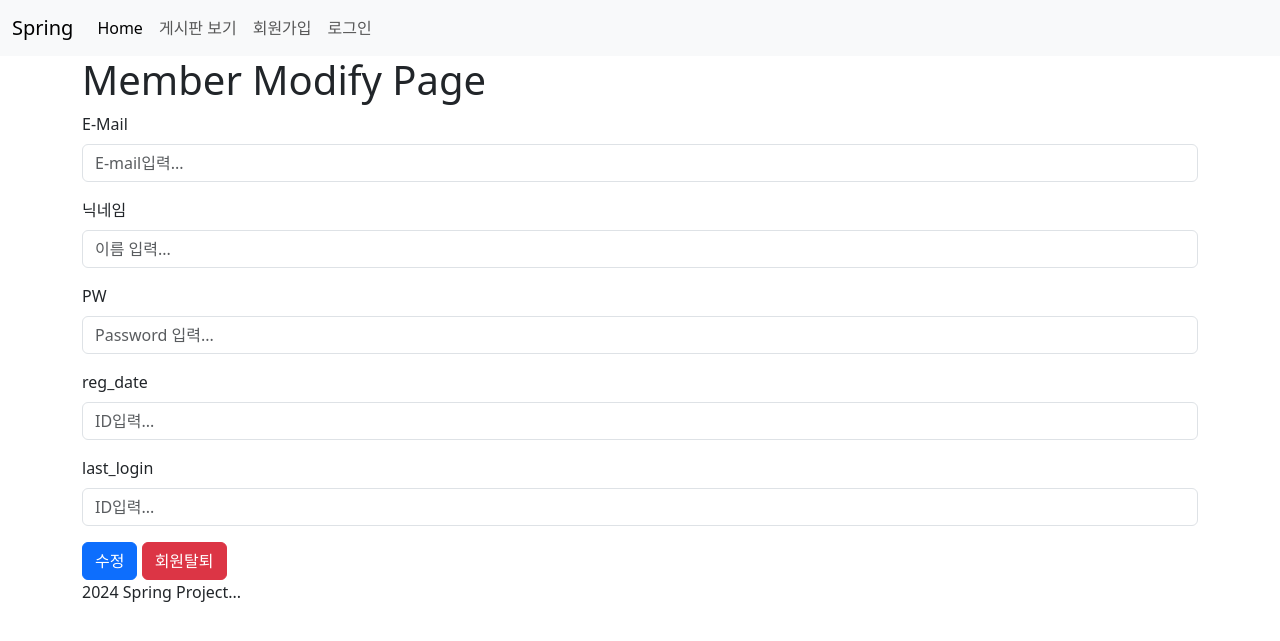
Repository: oco0217/SpringTest2
Page: http://localhost/spring_test2/WEB-INF/views/user/modify.jsp
An editor plug-in stored every save of this project. The page is shown before and after the next save, followed by the edit.
The browser window is 1280 px wide. The pictures show the whole page.
The page is served by Tomcat 9. Nobody is signed in. Other server files are loaded and not shown. The template is opened directly, without the code that normally fills it, so the values that code supplies are empty.

Above is the page before, as saved 2024-05-08 08:55:20.
Console error: TypeError: Cannot read properties of null (reading 'addEventListener')

### spring_test2/src/main/webapp/WEB-INF/views/user/modify.jsp
<%@ page language="java" contentType="text/html; charset=UTF-8"
	pageEncoding="UTF-8"%>

<jsp:include page="../layout/header.jsp" />

<div class="container-md">
	<h1>Member Modify Page</h1>

	<form action="/user/modify" method="post">


		<div class="mb-3">
			<label for="e" class="form-label">E-Mail</label> <input type="email"
				class="form-control" id="e" placeholder="E-mail입력..." name="email"
				value="${uvo.email }">
		</div>
		<div class="mb-3">
			<label for="n" class="form-label">닉네임</label> <input type="text"
				class="form-control" id="n" placeholder="이름 입력..." name="nickName"
				value="${uvo.nickName }">
		</div>
		<div class="mb-3">
			<label for="p" class="form-label">PW</label> <input type="password"
				class="form-control" id="p" placeholder="Password 입력..." name="pwd">
		</div>
		<div class="mb-3">
			<label for="r" class="form-label">reg_date</label> <input type="text"
				class="form-control" id="r" placeholder="ID입력..." name=""
				value="${uvo.regDate }" readonly="readonly">
		</div>
		<div class="mb-3">
			<label for="l" class="form-label">last_login</label> <input
				type="text" class="form-control" id="l" placeholder="ID입력..."
				name="" value="${uvo.lastLogin }" readonly="readonly">
		</div>

		<button type="submit" class="btn btn-primary">수정</button>
		<a href="/user/remove">
			<button type="button" class="btn btn-danger" onclick="removePopup()">회원탈퇴</button>
		</a>
	</form>

</div>

<jsp:include page="../layout/footer.jsp" />


<script type="text/javascript">
	function removePopup() {

		if (confirm("삭제를 정말로 하시겠습니까?")) {

		} else {
			event.preventDefault();
		}

	}
</script>

### spring_test2/src/main/webapp/WEB-INF/views/layout/header.jsp
<%@ page language="java" contentType="text/html; charset=UTF-8"
    pageEncoding="UTF-8"%>
    <%@ taglib uri="http://java.sun.com/jsp/jstl/core" prefix="c" %>
    <%@ taglib uri="http://www.springframework.org/security/tags" prefix="sec" %>
<!DOCTYPE html>
<html>
<head>
<meta charset="UTF-8">
<title>header.jsp</title>
<link href="/re/css/bootstrap.min.css" rel="stylesheet" integrity="sha384-QWTKZyjpPEjISv5WaRU9OFeRpok6YctnYmDr5pNlyT2bRjXh0JMhjY6hW+ALEwIH" crossorigin="anonymous">
<script src="/re/js/bootstrap.bundle.min.js" integrity="sha384-YvpcrYf0tY3lHB60NNkmXc5s9fDVZLESaAA55NDzOxhy9GkcIdslK1eN7N6jIeHz" crossorigin="anonymous"></script>
</head>
<body>
<nav class="navbar navbar-expand-lg bg-body-tertiary">
  <div class="container-fluid">
    <a class="navbar-brand" href="#">Spring</a>
    <button class="navbar-toggler" type="button" data-bs-toggle="collapse" data-bs-target="#navbarSupportedContent" aria-controls="navbarSupportedContent" aria-expanded="false" aria-label="Toggle navigation">
      <span class="navbar-toggler-icon"></span>
    </button>
    <div class="collapse navbar-collapse" id="navbarSupportedContent">
      <ul class="navbar-nav me-auto mb-2 mb-lg-0">
        <li class="nav-item">
          <a class="nav-link active" aria-current="page" href="/">Home</a>
        </li>
        <li class="nav-item">
          <a class="nav-link" href="/board/list">게시판 보기</a>
        </li>

        <sec:authorize access="isAnonymous()">
        <li class="nav-item">
          <a class="nav-link" href="/user/register">회원가입</a>
        </li>
         <li class="nav-item">
          <a class="nav-link" href="/user/login">로그인</a>
        </li>
        </sec:authorize>

               <!-- 권한이 있는지 확인 -->
               <!-- access에 권한이 있는지 확인 -->
               <!-- 현재 사용자의 정보 : principal객체 안에 있다. -->
        <sec:authorize access="isAuthenticated()">
        <sec:authentication property="principal.uvo.email" var="authEmail"/>
        <sec:authentication property="principal.uvo.nickName" var="authNick"/>
        <sec:authentication property="principal.uvo.authList" var="auths"/>
        <c:choose>
        	<c:when test="${auths.stream().anyMatch(authVO -> authVO.auth.equals('ROLE_ADMIN')).get()}">
         		<li class="nav-item">
          			<a class="nav-link" href="/user/list">회원리스트 ${authNick }(${authEmail } / ADMIN)</a>
        		</li>
        	</c:when>
        	<c:otherwise>
         <li class="nav-item">
          <a class="nav-link" href="/user/modify?email=${authEamil }">회원정보수정${authNick }(${authEmail })</a>
        </li>
        	</c:otherwise>
        </c:choose>
       	<li class="nav-item">
          <a class="nav-link" href="/board/register">게시판 글쓰기</a>
        </li>
         <li class="nav-item">
          <a class="nav-link" href="" id="logoutLink">로그아웃</a>
        </li>
        <form action="/user/logout" method="post" id="logoutForm">
        <!-- 인증된 계정의 이메일 -->
        <input type="hidden" name="email" value="${authEmail }">
        </form>


        </sec:authorize>




        <%--
        <c:if test="${ses ne null }">
        <li class="nav-item">
          <a class="nav-link" href="/user/logout">로그아웃</a>
        </li>
        <li class="nav-item">
          <a class="nav-link" href="/member/modify">${ses.id }(${ses.email }) Welcome!!</a>
        </li>
        </c:if> --%>
      </ul>
    </div>
  </div>
</nav>


<script type="text/javascript">

document.getElementById('logoutLink').addEventListener('click',(e)=>{
	e.preventDefault();
    document.getElementById('logoutForm').submit();

});

</script>

### spring_test2/src/main/webapp/WEB-INF/views/layout/footer.jsp
<%@ page language="java" contentType="text/html; charset=UTF-8"
    pageEncoding="UTF-8"%>

<div class="container-md">
2024 Spring Project...
</div>

</body>
</html>

Loaded but not shown: spring_test2/src/main/webapp/resources/css/bootstrap.min.css (library); spring_test2/src/main/webapp/resources/js/bootstrap.bundle.min.js (library)

After the next save:
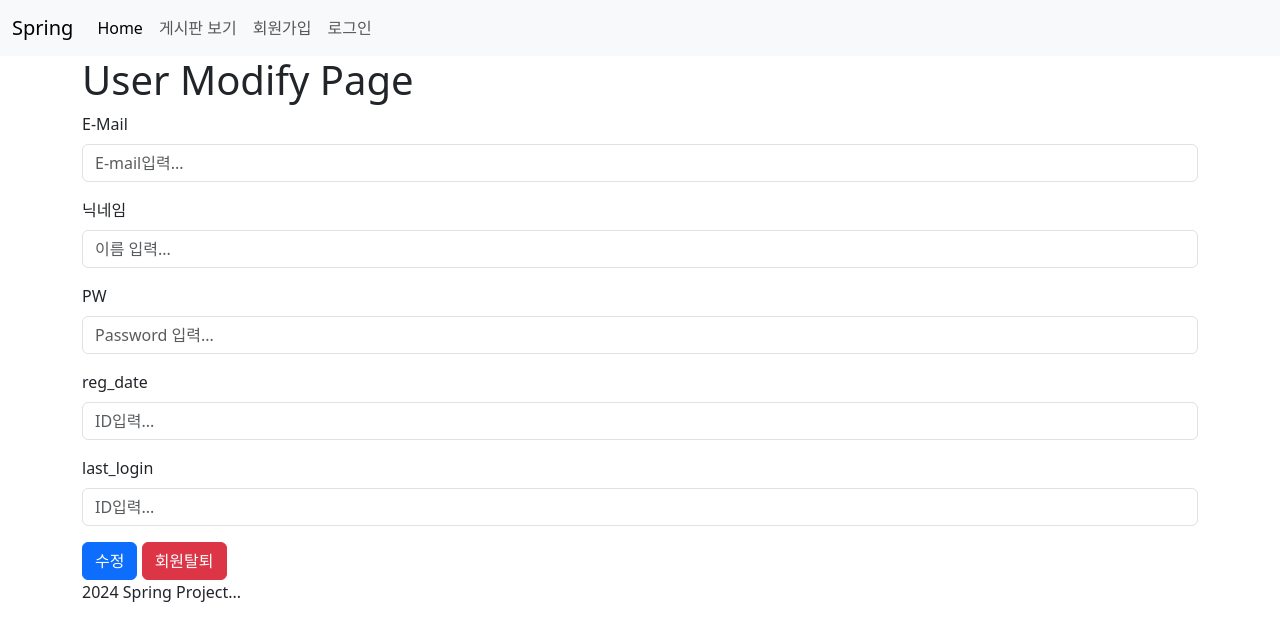
Saved 46 s later.
--- a/spring_test2/src/main/webapp/WEB-INF/views/user/modify.jsp
+++ b/spring_test2/src/main/webapp/WEB-INF/views/user/modify.jsp
@@ -4,7 +4,7 @@
 <jsp:include page="../layout/header.jsp" />
 
 <div class="container-md">
-	<h1>Member Modify Page</h1>
+	<h1>User Modify Page</h1>
 
 	<form action="/user/modify" method="post">
 
